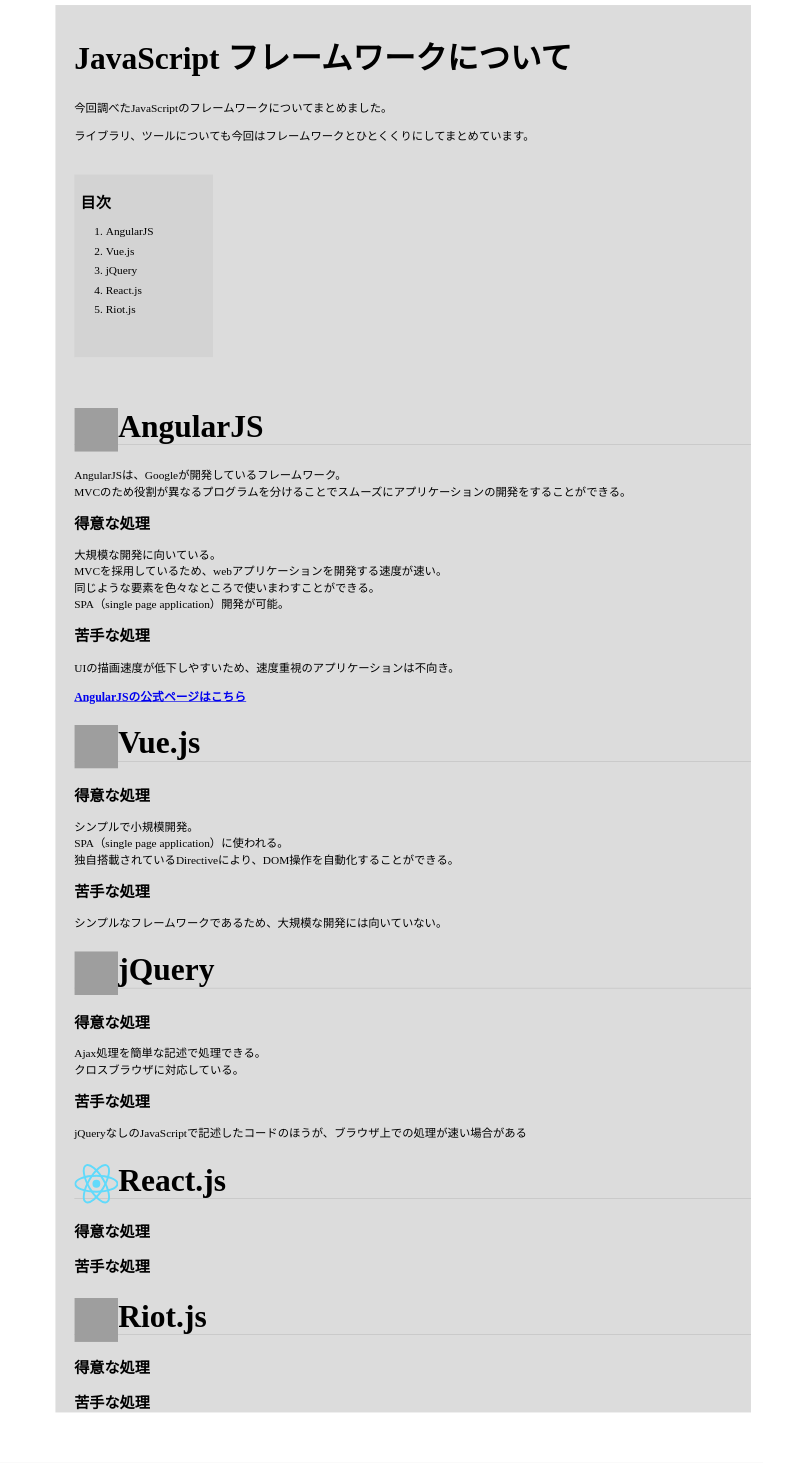
Repository: daichi-python/samurai_HTML_CSS
Page: Framework/index.html
The author's editor kept a record of every edit. The page is drawn from the files as they stood at one moment, then again after the next edit.
The browser window is 1280 px wide. The pictures show the whole page, at 63% of full size.
Pictures or frames that could not be fetched are drawn as grey boxes.

Above is the page before.

After the next edit:
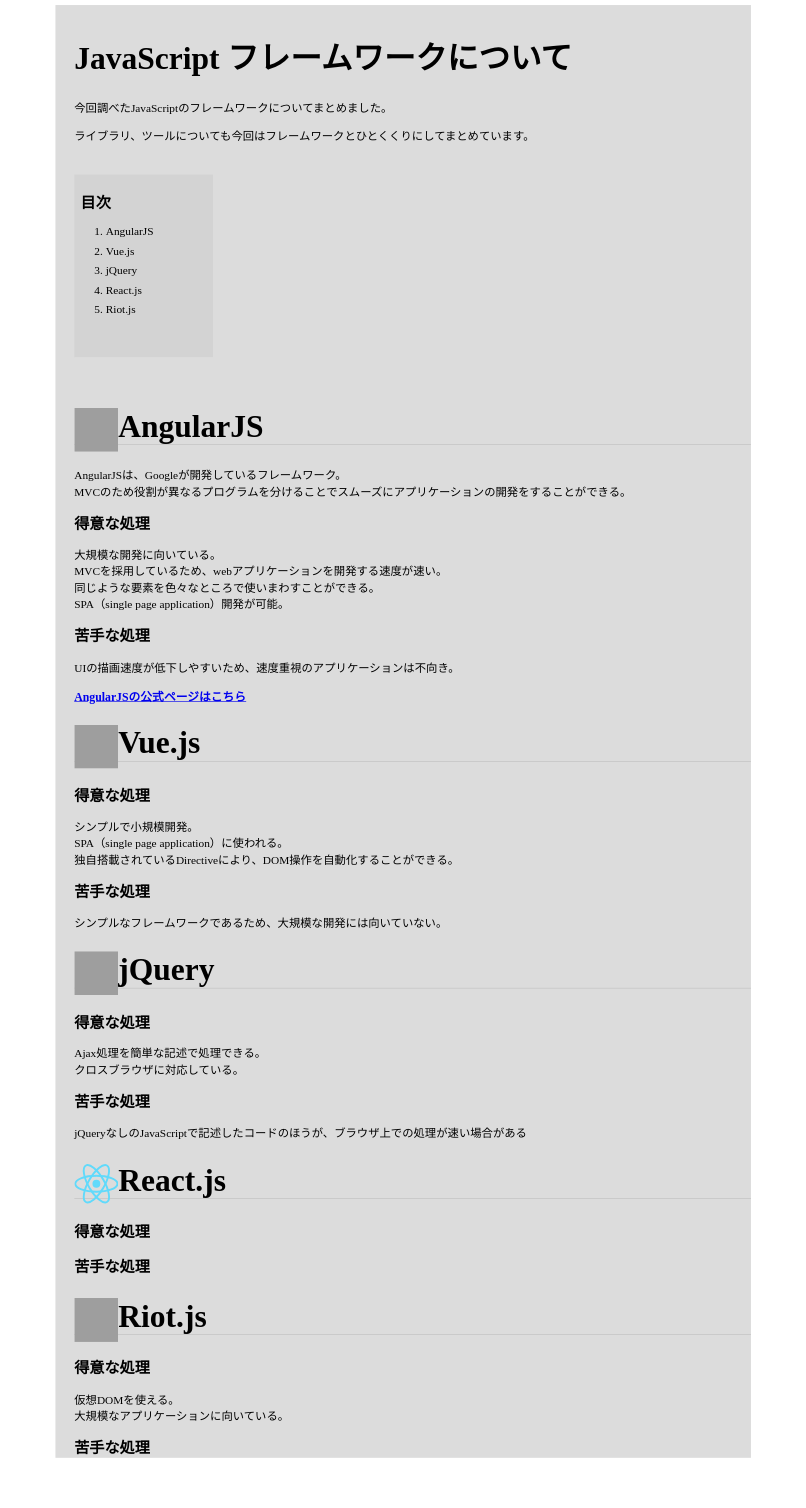
The edit:
--- a/Framework/index.html
+++ b/Framework/index.html
@@ -86,6 +86,11 @@
                 <h1>Riot.js</h1>
                 <div class="detail">
                     <h2>得意な処理</h2>
+                    <p>
+                        仮想DOMを使える。<br>
+                        大規模なアプリケーションに向いている。<br>
+
+                    </p>
                     <h2>苦手な処理</h2>
                 </div>
             </div>
